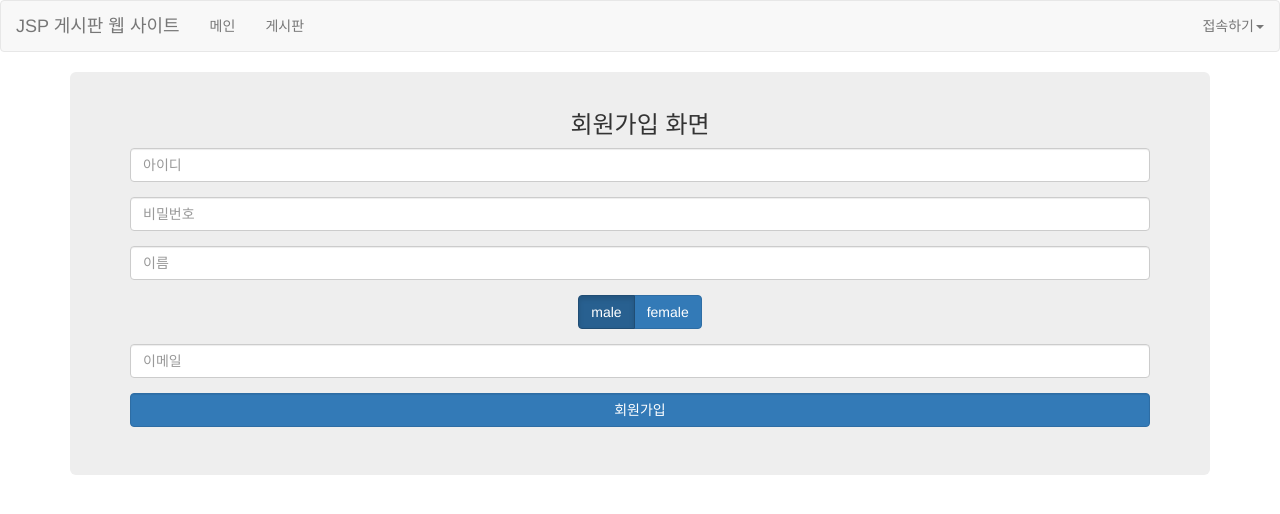
Repository: seung-kook/JSPBBS
Page: http://localhost/BBS/join.jsp
These files come from the project's save history. The page is drawn as it stood at one moment and after the next save; the edit follows.
The browser window is 1280 px wide. The pictures show the whole page.
Some web libraries are served in a nearby version. The page is served by Tomcat 9. Other server files are loaded and not shown.

Above is the page before, as saved 2022-02-01 04:03:32.

### BBS/src/main/webapp/join.jsp
<%@ page language="java" contentType="text/html; charset=UTF-8"
    pageEncoding="UTF-8"%>
<!DOCTYPE html>
<html>
<head>
<meta charset="UTF-8">
<meta name="viewport" content="width=device-width, initial-scale=1">
<link rel="stylesheet" href="css/bootstrap.css">
<title>JSP 게시판 웹 사이트</title>
</head>
<body>
	<nav class="navbar navbar-default">
		<div class="navbar-header">
			<button type="button" class="navbar-toggle collapsed"
				data-toggle="collapse" data-target="#bs-example-navbar-collapse-1"
				aria-expanded="false">
				<span class="icon-bar"></span>
				<span class="icon-bar"></span>
				<span class="icon-bar"></span>
			</button>
			<a class="navbar-brand" href="main.jsp">JSP 게시판 웹 사이트</a>
		</div>
		<div class="collapse navbar-collapse" id="bs-example-navbar-collapse-1">
			<ul class="nav navbar-nav">
				<li><a href="main.jsp">메인</a></li>
				<li><a href="bbs.jsp">게시판</a></li>
			</ul>
			<ul class="nav navbar-nav navbar-right">
				<li class="dropdown">
					<a href="#" class="dropdown-toggle"
						data-toggle="dropdown" role="button" aria-haspopup="true"
						aria-expanded="false">접속하기<span class="caret"></span></a>
					<ul class="dropdown-menu">
						<li><a href="login.jsp">로그인</a></li>
						<li class="active"><a href="join.jsp">회원가입</a></li>
					</ul>
				</li>
			</ul>
		</div>
	</nav>
	<div class="container">
		<div class="col-lg-4"></div>
		<div class="col-lg-4"></div>
			<div class="jumbotron" style="padding-top: 20px">
				<form method="post" action="joinAction.jsp">
					<h3 style="text-align: center;">회원가입 화면</h3>
					<div class="form-group">
						<input type="text" class="form-control" placeholder="아이디" name="userID" maxlength="20">
					</div>
					<div class="form-group">
						<input type="password" class="form-control" placeholder="비밀번호" name="userPassword" maxlength="20">
					</div>
					<div class="form-group">
						<input type="text" class="form-control" placeholder="이름" name="userName" maxlength="20">
					</div>
					<div class="form-group" style="text-align: center;">
						<div class="btn-group" data-toggle="buttons">
							<label class="btn btn-primary active">
								<input type="radio" name="userGender" autocomplete="off" value="male" checked>male
							</label>
							<label class="btn btn-primary">
								<input type="radio" name="userGender" autocomplete="off" value="female" checked>female
							</label>
						</div>
					</div>
					<div class="form-group">
						<input type="email" class="form-control" placeholder="이메일" name="userEmail" maxlength="20">
					</div>
					<input type="submit" class="btn btn-primary form-control" value="회원가입">
				</form>
			</div>
		<div class="col-lg-4"></div>
	</div>
	<script src="https://code.jquery.com/jquery-3.1.1.min.js"></script>
	<script src="js/bootstrap.js"></script>
</body>
</html>

Loaded but not shown: BBS/src/main/webapp/css/bootstrap.css (library); BBS/src/main/webapp/js/bootstrap.js (library)

After the next save:
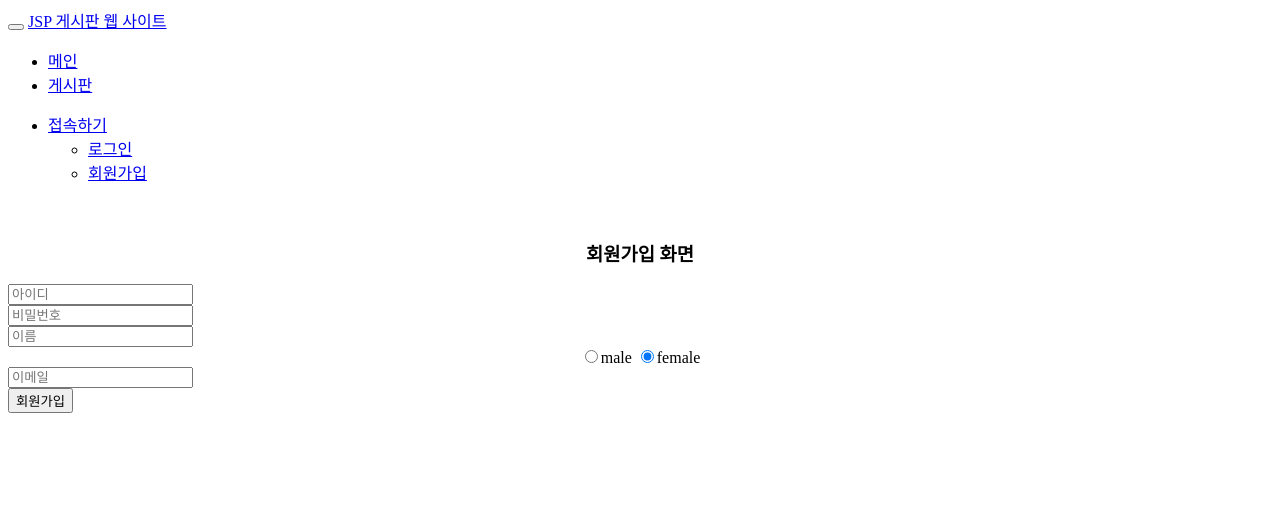
Saved 9 s later.
--- a/BBS/src/main/webapp/join.jsp
+++ b/BBS/src/main/webapp/join.jsp
@@ -5,7 +5,7 @@
 <head>
 <meta charset="UTF-8">
 <meta name="viewport" content="width=device-width, initial-scale=1">
-<link rel="stylesheet" href="css/bootstrap.css">
+
 <title>JSP 게시판 웹 사이트</title>
 </head>
 <body>

After the save that followed:
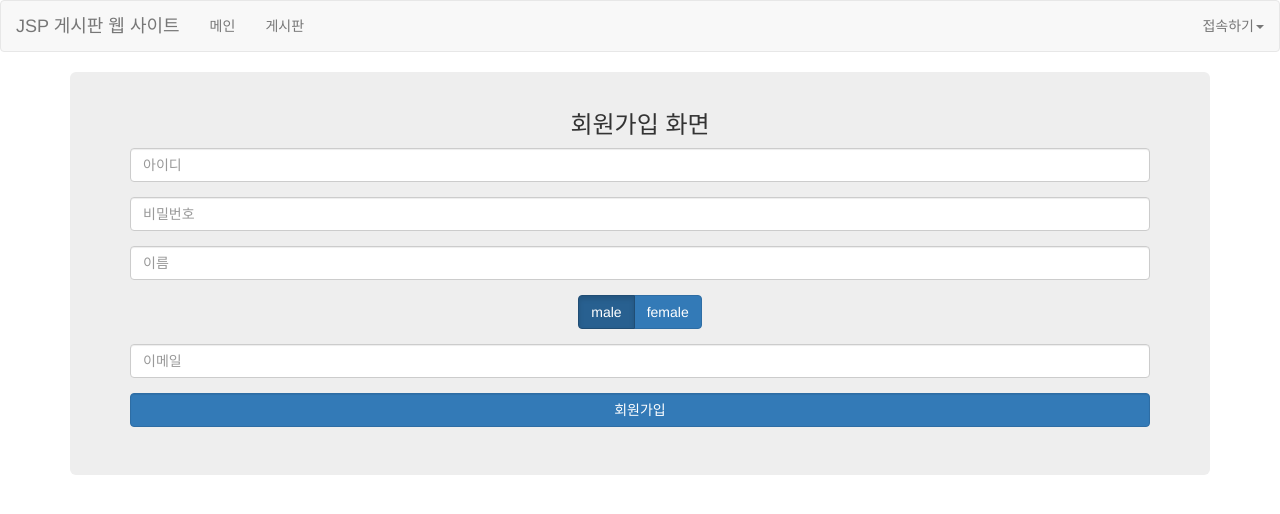
Saved 32 s later.
--- a/BBS/src/main/webapp/join.jsp
+++ b/BBS/src/main/webapp/join.jsp
@@ -5,7 +5,7 @@
 <head>
 <meta charset="UTF-8">
 <meta name="viewport" content="width=device-width, initial-scale=1">
-
+<link rel="stylesheet" href="css/bootstrap.css">
 <title>JSP 게시판 웹 사이트</title>
 </head>
 <body>
